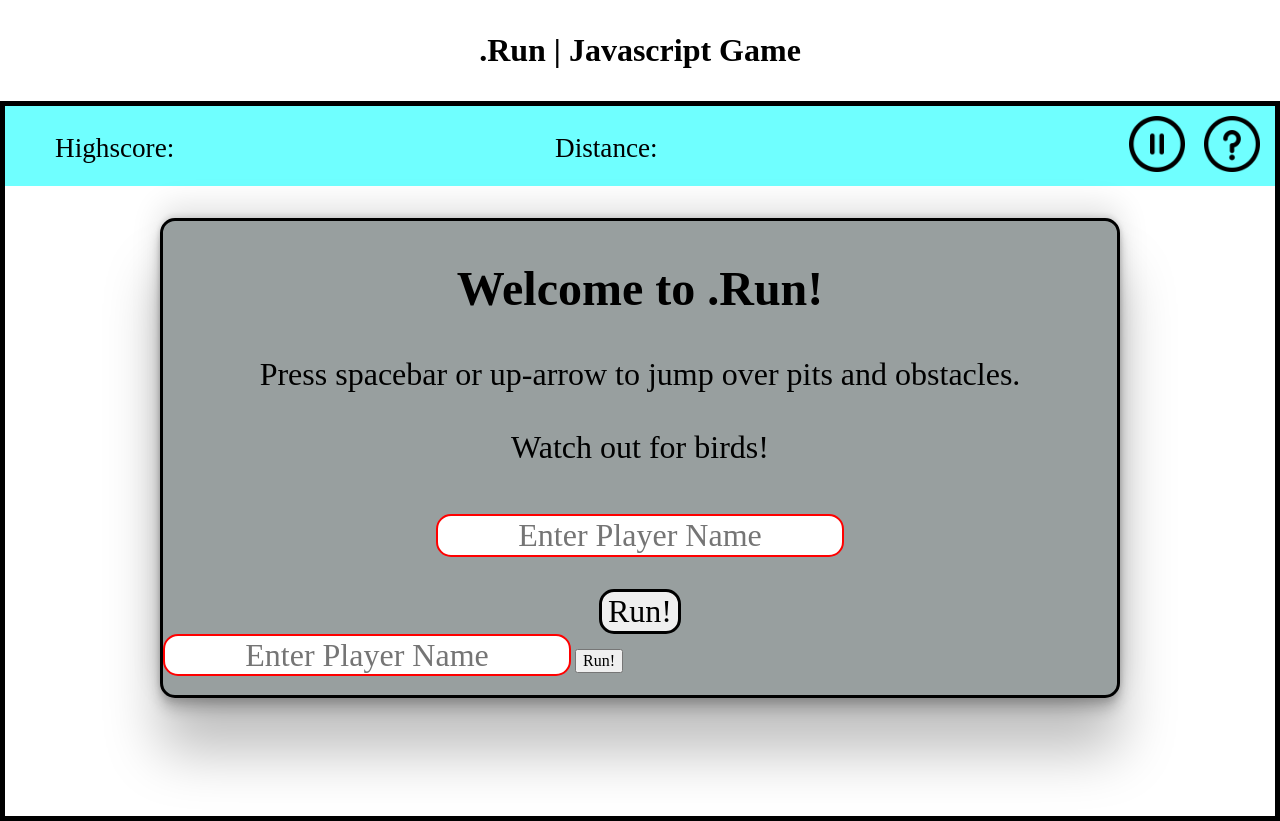
Repository: jellymel0n/bit-biker
Page: index.html
An editor plug-in stored every save of this project. The page is shown before and after the next save, followed by the edit.
The browser window is 1280 px wide. The pictures show the whole page.

Above is the page before, as saved 2021-06-29 13:47:47.

After the next save:
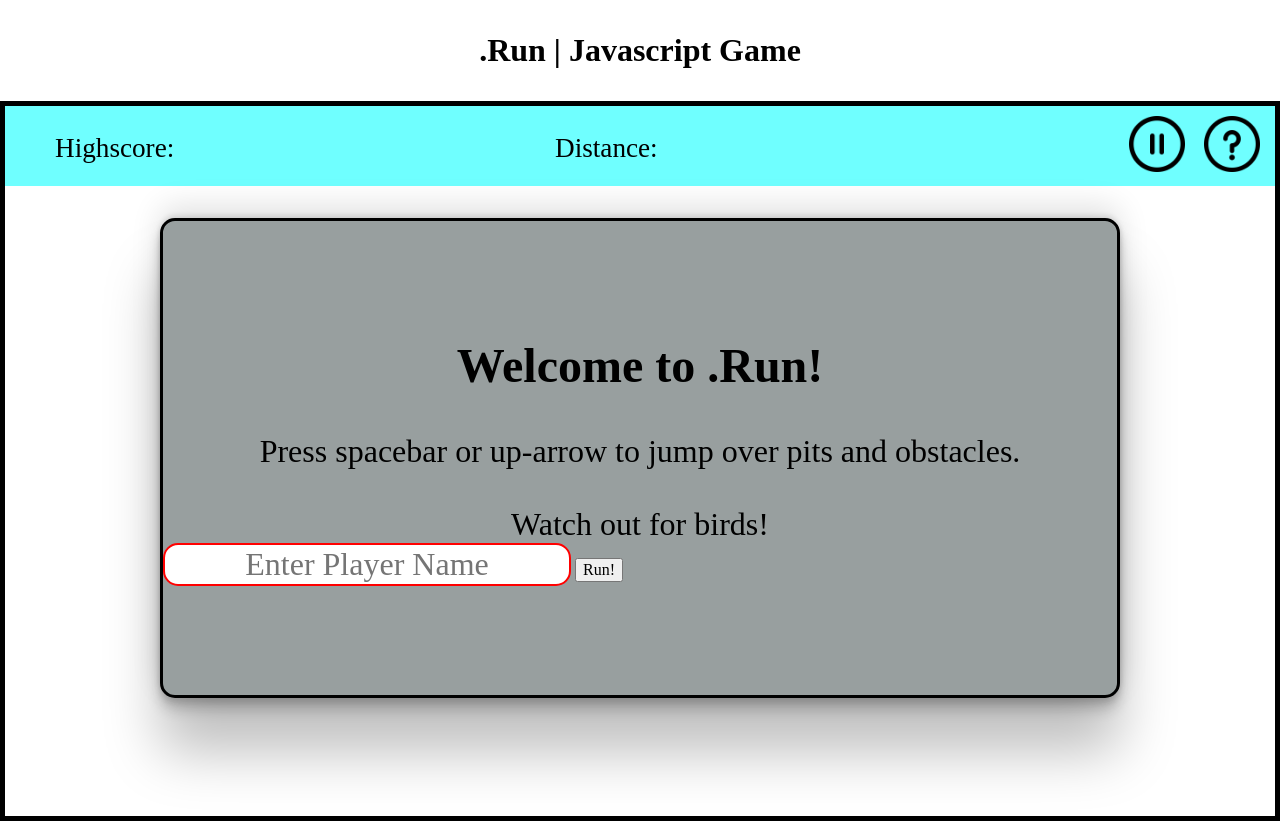
Saved 8 min 42 s later.
--- a/index.html
+++ b/index.html
@@ -31,10 +31,7 @@
         <div id='splash-screen'>
             <h2 id='splash-header'>Welcome to .Run!</h2>
             <p id='splash-text'>Press spacebar or up-arrow to jump over pits and obstacles.<br><br>Watch out for birds!</p>
-            <form action="">
-                <input type="text" id="player-name" name="player-name" placeholder="Enter Player Name"><br>
-                <input type="submit" value='Run!'>
-            </form>
+
             <input id='player-name' type='text' placeholder='Enter Player Name'>
             <button id='savePlayer'>Run!</button>
         </div>
